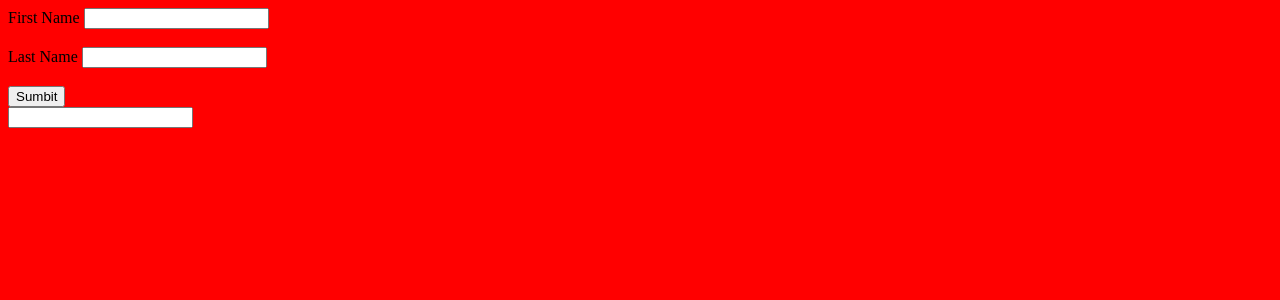
Repository: Fariaddd/codefactor-stylesheet
Page: index.html
These files come from the project's save history. The page is drawn as it stood at one moment and after the next save; the edit follows.
The browser window is 1280 px wide. The pictures show the whole page.

Above is the page before, as saved 2021-11-17 19:04:30.

### index.html
<!DOCTYPE html>
<html lang="en">
  <head>
    <meta charset="UTF-8" />
    <meta http-equiv="X-UA-Compatible" content="IE=edge" />
    <meta name="viewport" content="width=device-width, initial-scale=1.0" />
    <title>Document</title>
    <link rel="stylesheet" href="./styles/styles.css" />
  </head>
  <body>
    <form action="/action_page.php">
      <label for="firstname">First Name</label>
      <input type="text" id="firstname" name="firstname" /><br /><br />
      <label for="lastname">Last Name</label>
      <input type="text" id="lastname" name="lastname" /><br /><br />
      <input type="submit" value="Sumbit" />
    </form>

    <div>
      <input type="search" />
    </div>
  </body>
</html>

### styles/styles.css
body {
  background-color: red;
}
h1 {
  font-size: 26px;
  color: purple;
}

p {
  font-size: 16px;
  color: royalblue;
}

After the next save:
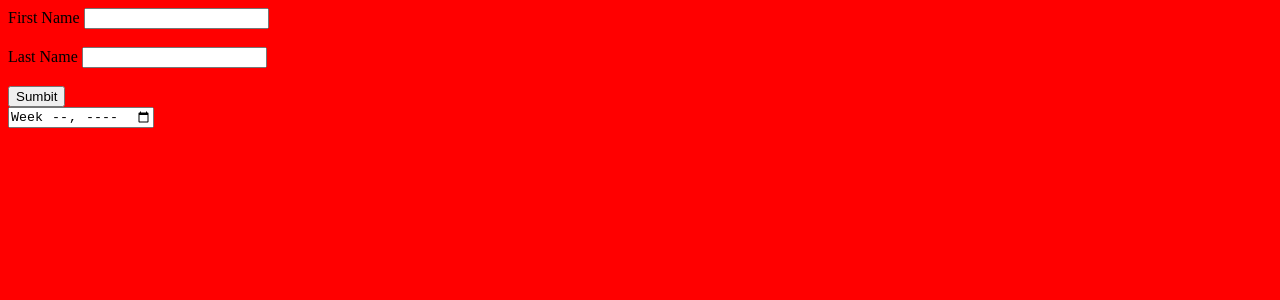
Saved 8 s later.
--- a/index.html
+++ b/index.html
@@ -17,7 +17,7 @@
     </form>
 
     <div>
-      <input type="search" />
+      <input type="week" />
     </div>
   </body>
 </html>
